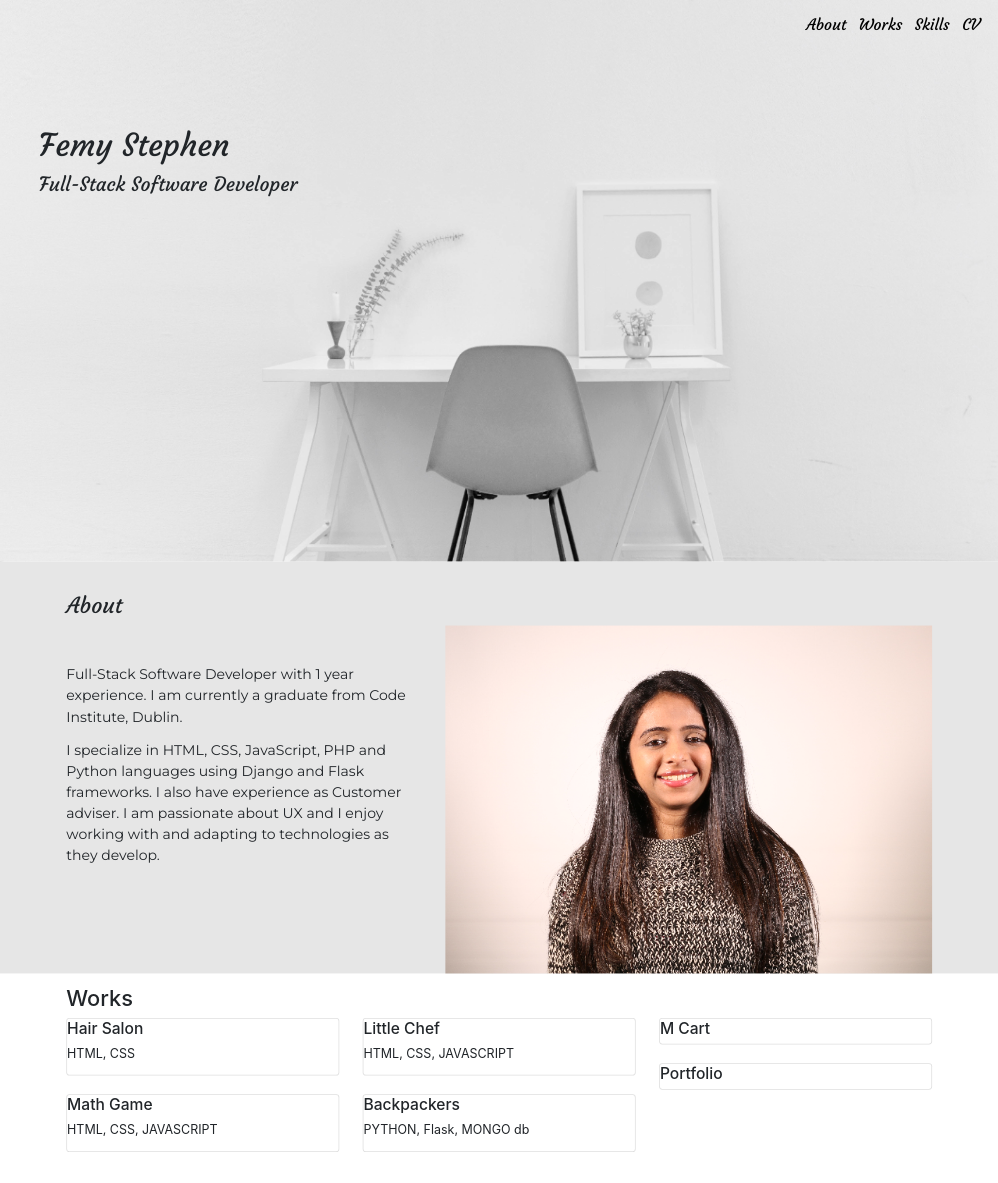
Repository: femy16/FemyStephen
Page: index.html
The author's editor kept a record of every edit. The page is drawn from the files as they stood at one moment, then again after the next edit.
The browser window is 1280 px wide. The pictures show the whole page, at 78% of full size.
Backgrounds fixed to the window are drawn as part of the page. Some web libraries are served in a nearby version.

Above is the page before.
Not found: hover.css

### index.html
<!DOCTYPE html>
<html lang="en">

<head>
    <meta charset="UTF-8">
    <meta name="viewport" content="width=device-width, initial-scale=1.0">
    <meta http-equiv="X-UA-Compatible" content="ie=edge">
    <link href="https://fonts.googleapis.com/css?family=Courgette|Kaushan+Script|Montserrat:300i&display=swap" rel="stylesheet">
    <link rel="stylesheet" href="https://use.fontawesome.com/releases/v5.3.1/css/all.css" integrity="sha384-mzrmE5qonljUremFsqc01SB46JvROS7bZs3IO2EmfFsd15uHvIt+Y8vEf7N7fWAU" crossorigin="anonymous">
    <link rel="stylesheet" href="hover.css" type="text/css" />
    <link rel="stylesheet" href="https://maxcdn.bootstrapcdn.com/bootstrap/4.0.0/css/bootstrap.min.css" integrity="sha384-Gn5384xqQ1aoWXA+058RXPxPg6fy4IWvTNh0E263XmFcJlSAwiGgFAW/dAiS6JXm" crossorigin="anonymous">
    <link rel="stylesheet" href="style.css" type="text/css" />
    <link href="https://fonts.googleapis.com/css?family=Montserrat" rel="stylesheet">
    <title>Femy Stephen</title>
</head>

<body>
    <header id="landing-view">


        <nav class="navbar navbar-expand-md navbar-masthead navbar-default navbar-fixed-top">
            <div class="container topmenu">


                <button class="navbar-toggler" type="button" data-toggle="collapse" data-target="#collapsibleNavbar">
    <span class="fa fa-bars" ></span>
  </button>
            </div>
            <div class="collapse navbar-collapse" id="collapsibleNavbar">
                <ul class="navbar-nav">
                    <li class="nav-item">
                        <a class="nav-link" href="#about">About</a>
                    </li>
                    <li class="nav-item">
                        <a class="nav-link" href="#works">Works</a>
                    </li>
                    <li class="nav-item">
                        <a class="nav-link" href="products.html">Skills</a>
                    </li>
                    <li class="nav-item">
                        <a class="nav-link" href="contac_us.html">CV</a>
                    </li>
                </ul>
            </div>
        </nav>
        <div class="headercontainer">
            <h1 class="name">Femy Stephen</h1>
            <p class="title">Full-Stack Software Developer</p>

        </div>

    </header>
    <!--<div class="spacer"></div>-->
    <main>
        <div id="about">
            <div class="container">
                <h3 class="abouthead">About</h3>
                <div class="row">
                    <p>
                        <div class="col discri">
                            <p>Full-Stack Software Developer with 1 year experience. I am currently a graduate from Code Institute, Dublin.</p>
                            <p>I specialize in HTML, CSS, JavaScript, PHP and Python languages using Django and Flask frameworks. I also have experience as Customer adviser. I am passionate about UX and I enjoy working with and adapting to technologies as
                                they develop.</p>
                        </div>
                        <div class="col"><img src="images/fmimg.JPG"></div>
                </div>
                </p>
            </div>
        </div>


        <div id="works">
            <div class="container">
                <h3 class="workshead">Works</h3>
                <div class="row">
                    <p>
                        <div class="col workbox">
                            <div class="card">
                                <h5>Hair Salon</h5>
                                <p>HTML, CSS</p>
                                </div><br />
                                <div class="card">
                                    <h5>Math Game</h5>
                                    <p>HTML, CSS, JAVASCRIPT</p>
                                </div><br />

                        </div>
                        <div class="col">
                             <div class="card">
                                  <h5>Little Chef</h5>
                                  <p>HTML, CSS, JAVASCRIPT</p>
                                </div><br />
                            <div class="card">
                                <h5>Backpackers</h5>
                                 <p>PYTHON, Flask, MONGO db</p>
                                </div><br />
                        </div>
                        <div class="col">

                                <div class="card">
                                    <h5>M Cart</h5>
                                </div><br />
                                <div class="card">
                                     <h5>Portfolio</h5>
                                </div><br />
                        </div>
                </div>
                </p>
            </div>
        </div>

    </main>

    <footer>

    </footer>



    <script src="https://code.jquery.com/jquery-3.2.1.slim.min.js" integrity="sha384-KJ3o2DKtIkvYIK3UENzmM7KCkRr/rE9/Qpg6aAZGJwFDMVNA/GpGFF93hXpG5KkN" crossorigin="anonymous"></script>
    <script src="https://cdnjs.cloudflare.com/ajax/libs/popper.js/1.12.9/umd/popper.min.js" integrity="sha384-ApNbgh9B+Y1QKtv3Rn7W3mgPxhU9K/ScQsAP7hUibX39j7fakFPskvXusvfa0b4Q" crossorigin="anonymous"></script>
    <script src="https://maxcdn.bootstrapcdn.com/bootstrap/4.0.0/js/bootstrap.min.js" integrity="sha384-JZR6Spejh4U02d8jOt6vLEHfe/JQGiRRSQQxSfFWpi1MquVdAyjUar5+76PVCmYl" crossorigin="anonymous"></script>
</body>

</html>

### style.css
.navbar {
    background-color: transparent;
    text-align:right;

}

.navbar-fixed-top .container {

    text-align: right;
    margin-right: 1%;
    margin-top: 1%;

}
#landing-view {
    background-attachment: fixed;
    background-image: url('images/landing.jpg');
    background-position: bottom;
    background-size: cover;
    height: 100vh;
    width: 100vw;
    margin-bottom: 0px;
    z-index: 1;
}

body{

    /*background-color: #fdfdfd;*/
    width: 100%;
}


/*.spacer {*/
/*    width: 100%;*/
/*    height: 170px;*/
/*}*/


.nav-link {
    font-family: 'Courgette', cursive;
    font-size: 20px;
    color: black;
    padding-left: 40px;
    padding-right: 40px;
}

/*.nav-item {*/
/*    display: inline-block;*/
/*    padding: 10px;*/
/*    padding-left: 40px;*/
/*    padding-right: 40px;*/
/*}*/
.headercontainer{
    margin-top:100px;
   padding-left: 50px;
   font-family: 'Courgette', cursive;

}
.title{
    font-size:25px;

}
.name{
    font-size:40px;
}
#about{
    background-color: #e6e6e6;
}
.abouthead{
    padding-top:40px;
    font-family: 'Courgette', cursive;
}
.discri{
    margin-top:50px;
    font-family: 'Montserrat', sans-serif;
    font-size: 18px;
}

After the next edit:
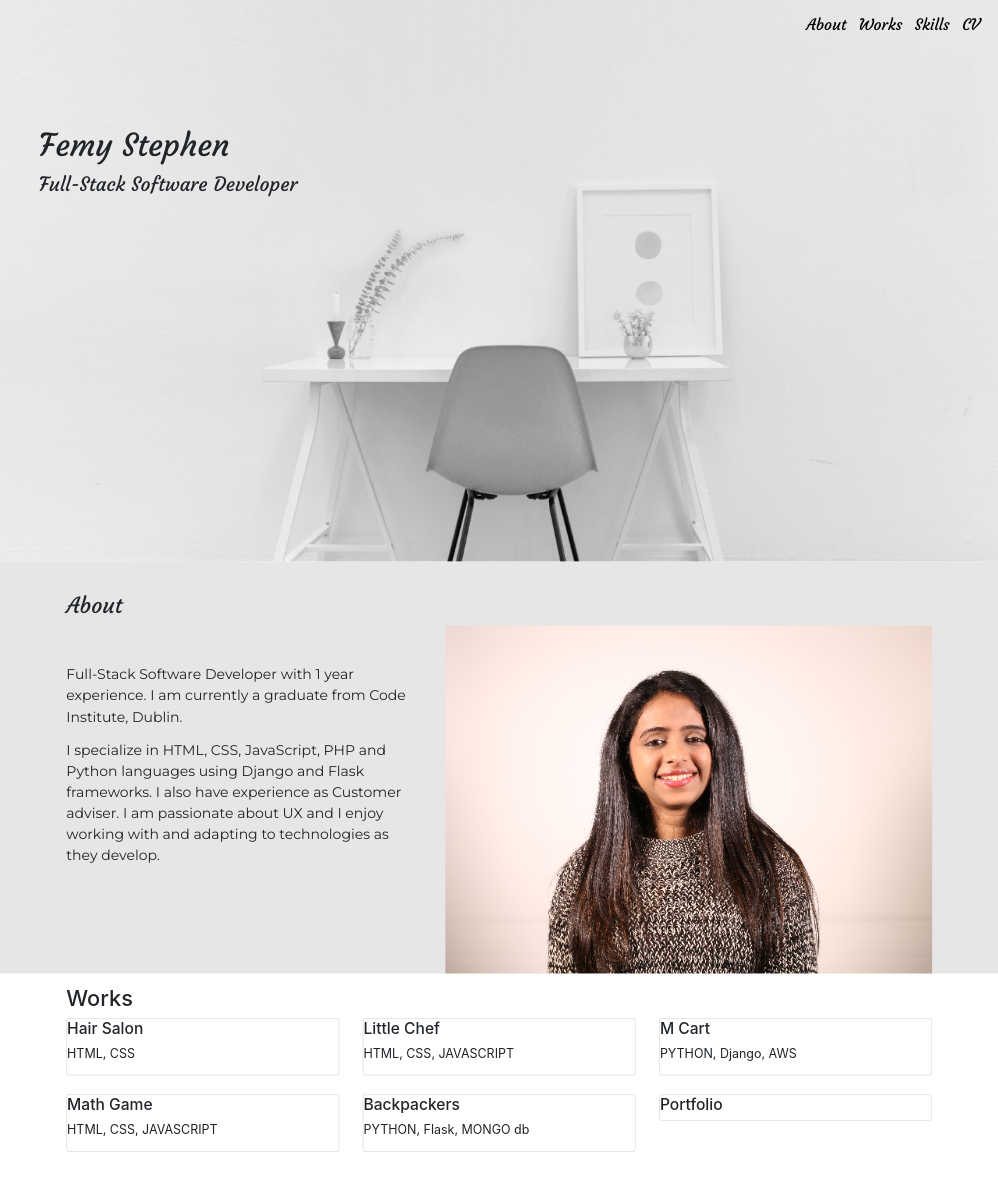
The edit:
--- a/index.html
+++ b/index.html
@@ -99,6 +99,7 @@
 
                                 <div class="card">
                                     <h5>M Cart</h5>
+                                    <p>PYTHON, Django, AWS</p>
                                 </div><br />
                                 <div class="card">
                                      <h5>Portfolio</h5>
